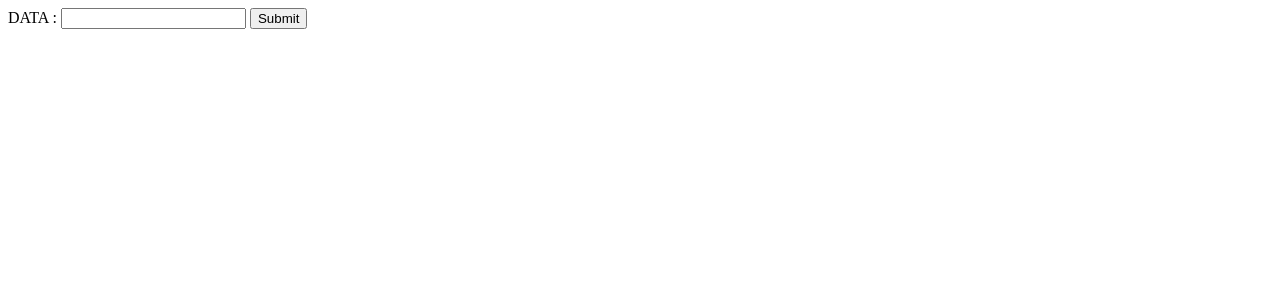
Repository: parvenuHJ/JSP_Servlet_
Page: Servlet/src/main/webapp/Ex02DataSend.html
These files come from the project's save history. The page is drawn as it stood at one moment and after the next save; the edit follows.
The browser window is 1280 px wide. The pictures show the whole page.

Above is the page before, as saved 2023-08-16 01:21:09.

### Servlet/src/main/webapp/Ex02DataSend.html
<!DOCTYPE html>
<html>
<head>
<meta charset="UTF-8">
<title>Insert title here</title>
</head>
<body>

	<!--Ctrl Shift / : 주석 만들기 -->
	<!--데이터를 전송하기 위한 방법 : form 태그 사용-->
	<!--form 태그 조건 3가지 : action(데이터를 어디로 전송할지)
							name(데이터 값을 식별)
							submit(값을 전송하는 시점)-->

	<form action="Ex02DataSend">
		DATA : <input type="text" name="data">
		<input type="submit">
	</form>
</body>
</html>

After the next save:
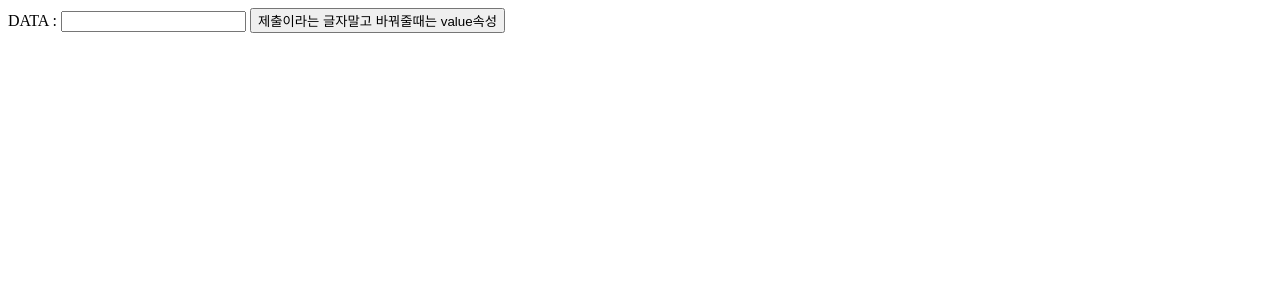
Saved 42 s later.
--- a/Servlet/src/main/webapp/Ex02DataSend.html
+++ b/Servlet/src/main/webapp/Ex02DataSend.html
@@ -14,7 +14,7 @@
 
 	<form action="Ex02DataSend">
 		DATA : <input type="text" name="data">
-		<input type="submit">
+		<input type="submit" value="제출이라는 글자말고 바꿔줄때는 value속성">
 	</form>
 </body>
 </html>
